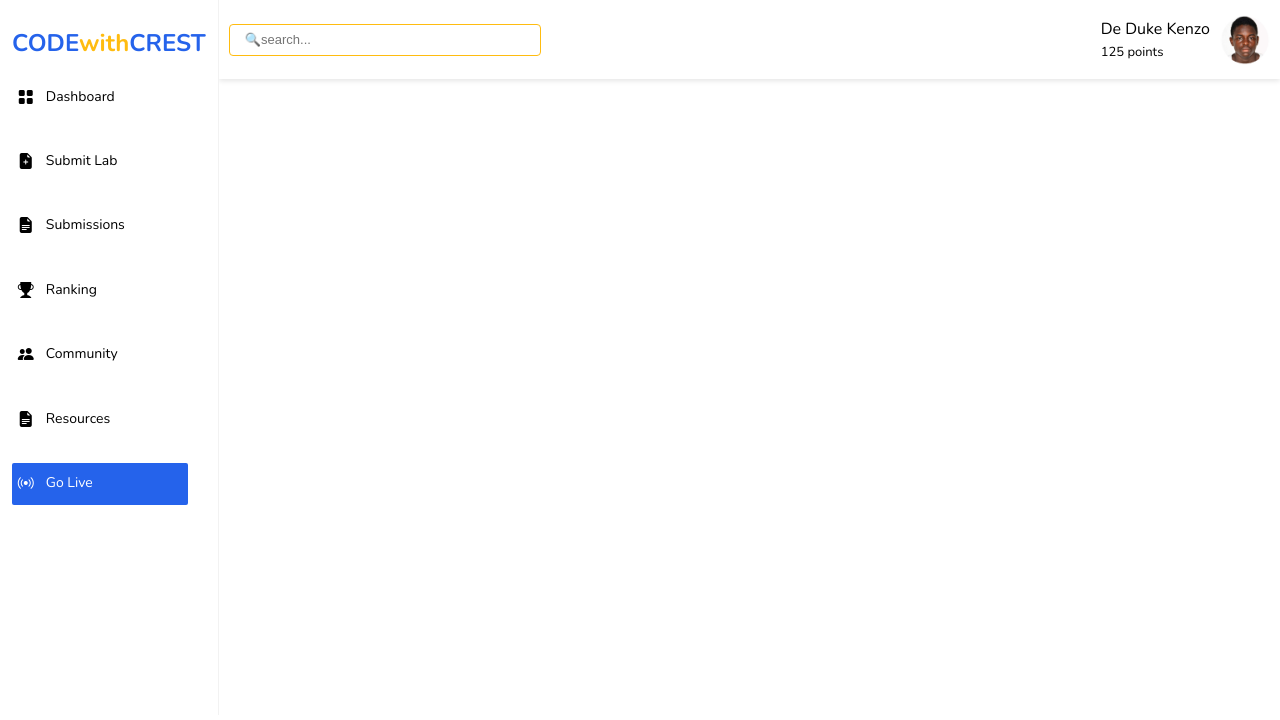
Repository: CarlTeclancing/codewithcrest
Page: /dashboard/golive
An editor plug-in stored every save of this project. The page is shown before and after the next save, followed by the edit.
The browser window is 1280 px wide. The pictures show the whole page.
The project was rebuilt for these pictures with package versions that can differ from the ones it lists, and the page was loaded fresh each time. Also part of the build but not shown: vite.config.js, src/pages/Dashboard/dashboard.css, globals.js, src/pages/Dashboard/Dashboard.jsx, src/pages/ranking/ranking.css, src/components/UserCard.jsx, src/pages/ranking/Ranking.jsx, src/components/GuideLines.jsx and 18 more.

Above is the page before, as saved 2025-09-10 14:02:42.

### index.html
<!doctype html>
<html lang="en">
  <head>
    <meta charset="UTF-8" />
    <link rel="icon" type="image/svg+xml" href="./src/assets/react.svg" />
    <meta name="viewport" content="width=device-width, initial-scale=1.0" />
    <title>CODEwithCREST</title>
    <link rel="stylesheet" href="https://cdn.jsdelivr.net/npm/bootstrap-icons@1.13.1/font/bootstrap-icons.min.css">
    <!-- fonts-->
     <link rel="preconnect" href="https://fonts.googleapis.com">
     <link rel="preconnect" href="https://fonts.gstatic.com" crossorigin>
     <link href="https://fonts.googleapis.com/css2?family=Nunito:ital,wght@0,200..1000;1,200..1000&display=swap" rel="stylesheet">
  </head>
  <body>
    <div id="root"></div>
    <script type="module" src="/src/main.jsx"></script>
  </body>
</html>

### src/main.jsx
import { StrictMode } from 'react'
import { createRoot } from 'react-dom/client'
import './index.css'
import App from './App.jsx'
import 'react-responsive-modal/styles.css';


createRoot(document.getElementById('root')).render(
  <StrictMode>
    <App/>
  </StrictMode>,
)

### src/index.css
:root {
  /* CSS variables */
   --primary-color: #5B0C4E;
   --primary-color-hover: #5b0c4edc;
   --bg-color: #FFFAFE;
   --bg-white: #ffffff;
   --text-color: #262626;
   --border-color: #93B4FD;
   --bg-tab: #DECADB;

   --pending: #EA5254;
   --completed: #3CDA7D;
   --in-progress: #F9BD3B;

   --primary-white-color: white;
   --primary-black-color: black;
   --primary-error-color: red;
 }

body{
  /* border: solid 1px blue; */
  margin: 0%;
  width: 100%;
  height: auto;
  /* display: flex; */
  /* justify-content: center; */
  font-family: "Nunito", sans-serif;
  font-optical-sizing: auto;
  font-weight: 400;
  font-style: normal;
  overflow-x: hidden;
}
/* .post{
  width: 80%;
  display: flex;
  flex-direction: row;
  flex-wrap: wrap;
  align-items: center;
  justify-content: center;
}
.individual-post{
  width: 500px;
  height: auto;
  background-color: rgba(0, 0, 0, 0.05);
  margin: 12px;
  padding: 24px;
  border-radius: 12px;
  border: 1px solid rgba(0, 0, 0, 0.05);
  color: black;
} */

### src/App.jsx
import React  from 'react'
import { createBrowserRouter, RouterProvider ,Route ,Routes } from 'react-router-dom'

import Dashboard from './pages/Dashboard/Dashboard.jsx'
import Ranking from './pages/ranking/Ranking.jsx'
import Submission from './pages/submission/Submission.jsx'

import SubmitLab from './pages/submitLab/SubmitLab.jsx'
import Community from './pages/community/Community.jsx'
import Resources from './pages/resources/Resources.jsx'
import Assistant from './pages/assistant/Assistant.jsx'
import Login from './pages/auths/login/Login.jsx'
import Register from './pages/auths/register/_Register.jsx'
import PersonalInfo from './pages/auths/register/PersonalInfoForm.jsx'
import Experience from './pages/auths/register/ExperienceForm.jsx'
import Program from './pages/auths/register/ProgramForm.jsx'
import { UserProvider } from './providers/userProvider.jsx'
import DashboardLayout from './Layout/DashboardLayout.jsx'
import Subscribe from './pages/subscribe/Subscribe.jsx'
import GoLive from './pages/golive/GoLive.jsx'

function App() {

  const router = createBrowserRouter([
    {path:'/', element:<Login />},
    // No landing page
    // Auth pages
    {path:'/login',  index:true,element:<Login />},
    {path:'/register', element:<Register />},
    {path:'/personal-information', element:<PersonalInfo />},
    {path:'/program', element:<Program />},
    {path:'/experience', element:<Experience/>},

    // Subscribtion page
    {
      path:'/subscribe',
      element:<Subscribe/>
    },

    // Dashboard pages
    {
      path:'/dashboard',
      element:<DashboardLayout/>,
      children:[
        {
          index:true,
          element:<Dashboard/>
        },
        {path:'submissions', element:<Submission />},
        {path:'submitlab', element:<SubmitLab />},
        {path:'community', element:<Community />},
        {path:'ranking', element:<Ranking />},
        {path:'resources', element:<Resources />},
        {path:'golive', element:<GoLive />},

      ]
    },

    // {path:'/ranking', element:<Ranking />},
    // {path:'/bugtracking', element:<BugTracking />},
    // {path:'/hello', element:<Hello />},
    // {path:'/assistant', element:<Assistant />}

  ]);

  return (
    <>
      <UserProvider>
        <RouterProvider router={router} />
      </UserProvider>
    </>
  )
}

export default App

const Temp = () => {
  return(
    <>
      testing temp comp
    </>
  )
}

### src/providers/userProvider.jsx
import React ,{createContext ,useState} from "react";


const UserContext = createContext()

export const UserProvider = ({children}) => {
    const [user ,setUser] = useState()

    return (<UserContext.Provider value={{user:user ,setUser:setUser}}  >{children}</UserContext.Provider>)
}

export default UserContext

### src/Layout/DashboardLayout.jsx
import React from "react";
import Sidebar from "../components/Sidebar";
import { Outlet } from "react-router-dom";
import Header from "../components/Header";
import '../styles/layout.css'


const DashboardLayout = () => {
    return(
        <React.Fragment>
            <div style={{border:'solid 0px blue',display:'flex' }}>
                <Sidebar/>

                <div style={{border:'solid 0px red' ,flex:1 ,display:'flex', flexDirection:'column'}}>
                    <div>
                        <Header/>
                    </div>
                    <div>
                        <Outlet/>
                    </div>
                </div>
            </div>

        </React.Fragment>
    )
}

export default DashboardLayout

### src/pages/golive/GoLive.jsx
import React from 'react'

function GoLive() {
  return (
    <div></div>
  )
}

export default GoLive

### src/pages/submitLab/submitlab.css
.labs-container{
    display: flex;
    flex-direction: column;
    padding: 0px 10px;
    gap: 15px;
}
.lab-info{
    display: flex;
    padding: 20px;
    border-radius: 10px;
    flex-direction: column;
    border: 1px solid rgba(168, 122, 5 ,0.5);
}
.headline{
    display: flex;
    align-items: center;
    justify-content: space-between;
    line-height: 0%;
}
.headline h3{
    /* font-size: x-large; */
    font-weight:800;
}
.bottom-line{
    display: flex;
    align-items: center;
    justify-content: space-between;
    font-size: small;
}
.points{
    font-size: small;
}
.hashtags{
    /* width: auto; */
    border: solid 1px rgba(0,0,255 ,0.3);
    padding: 10px;
    font-size: x-small;
    color: #006EFF;
    border-radius: 6px;
    background-color: #E3F2FD;
}
.inactive-btn{
    color: #2563EB;
    background-color: white;
    border: solid 1px #2563EB;
}
.deadline{
    color: #006EFF;
    margin-right: 25px;
}
.task{
    color: grey;
}
.form-group{
  display: flex;
  align-items:center;
  margin-bottom: 15px;
}
.form-group > div {
  flex: 1; /* Makes both fields take equal space */
  margin-right: 10px;
}
.form-group > div:last-child {
  margin-right: 0; /* Remove margin from the last child */
}
button{
    color: black;
    padding: 5px 8px;
    margin-right: 20px;
}
button:hover, .button.active{
  cursor: pointer;
  border-radius: 2px;
  color: white;
  border: 1px solid #2563EB;
  background-color: #2563EB;
}
.upload{
    padding: 20px;
    width: 60%;
    height: 160px;
    place-self: center;
    display: flex;
    margin: 25px 0;
    border-radius: 5px;
    flex-direction: column;
    text-align: center;
    align-items: center;
    justify-content: center;
    border: 1px dashed black;
}
.upload input{
    padding: 5px 8px;
    place-self: center;
}
.upload span{
 color: #959595;
 font-size: 10px;
}

th{
    color: #959595;
    font-weight: lighter;
    background-color: #E3F2FD;
}
td{
    padding: 8px 15px;
    font-size: 12px;
    font-weight: lighter;
}
.url{
    color: #006EFF;
}
.nav{
    width: 95%;
    display: flex;
    align-items: center;
    justify-content: space-between;
}
label, input::placeholder{
    font-size: 13px;
}
.btnl{
    color: #006EFF;
    background-color: white;
    border: 1px solid #006EFF;
}
.bar a{
    color: black;
    font-weight: 12px;
    margin-left: 25px;
    font-weight: lighter;
    text-decoration: none;
}

### src/pages/community/community.css
.community-page{
    display: flex;
    gap: 20px;
    /* padding-right: 20px; */
}
.form-post span{
    margin-right: 10px;
}
.left-side{
    /* width: 60%; */
    flex: 1;
    display: flex;
    /* margin-right: 20px; */
    flex-direction: column;
}
.right-side{
    width: 250px;
    display: flex;
    flex-direction: column;
    font-size: small;
    gap: 15px;
}
.firstline{
    display: flex;
    align-items: center;
}
.contributor-info{
    display: flex;
    flex-direction: column;
    /* border: solid 1px red; */
    padding: 0;
    margin: 0;
    line-height: normal;
}
.contributors img{
  width: 40px;
  height: 40px;
  background-color: rgba(0,0,0,0.2);
  border-radius: 50%;
  margin-right: 20px;
}
input{
    height: 23px;
}
textarea{
    height: 70px;
}
input, textarea{
    width:90%;
    outline: none;
    padding: 5px 10px;
    border-radius: 3px;
    border: 1px solid #959595;
}
.bottom{
    display: flex;
    align-items: center;
    justify-content: space-between;
}
.add a{
    color: #959595;
    margin-right: 15px;
    text-decoration: none;
}
.bottom button{
    color: white;
    padding: 8px 12px;
    border-radius: 6px;
    border: 1px solid #9b83fc;
    background-color: #9b83fc;
}
.trends{
    display: flex;
    justify-content: space-between;
}
.hashtag{
    color: #9b83fc;
}
.top-contributors{
    display: flex;
    flex-direction: column;
    gap: 7px;
}
.contributors, .top-contributors{
    margin: 0% !important;
}
.contributors{
    display: flex;
    align-items: center;
}
.contributor-point{
    color: #959595;
}
.suggestion{
    padding: 5px 10px;
    margin-bottom: 10px;
    border-radius: 4px;
    background-color: #f3f2f2;
}
.level-name{
    color: #16A34A;
}
.suggestion p, .level-point{
    color: #959595;
}
.post-profile{
    display: flex;
    padding: 10px 0px;
    align-items: center;
    gap: 5px;
}
.form-post{
    padding: 0px 20px;
    border-radius: 3px;
    margin-bottom: 10px;
    border: 1px solid #959595;
}
.post-profile img{
    width: 45px;
    height: 45px;
    background-color: rgba(0,0,0,0.2);
    border-radius: 20px;
}
.post-profile .name{
    font-weight: bold;
}
.post-profile .time{
    font-size: small;
    color: grey;
}
.post-profile-info{
    display: flex;
    flex-direction: column;
}

### src/components/Sidebar.jsx
import React from 'react'
import { Link  ,useLocation } from 'react-router-dom'
import '../styles/sideBarStyles.css'


function Sidebar() {

   const location = useLocation()

   return (
    <div className='sidebar-admin'>
         <h2 className="logo p-10"><span>CODE</span>with<span>CREST</span></h2>
         <div className="navbar p-10">
               <Link className={`section ${location.pathname === "/dashboard" ? "active" : ""}`} to="/dashboard" >
                  <i className="bi bi-grid-fill"></i>
                  <span className='nav-element'>Dashboard</span>

               </Link>
               <Link className={`section ${location.pathname === "/dashboard/submitlab" ? "active" : ""}`} to="/dashboard/submitlab">
                  <i class="bi bi-file-earmark-plus-fill"></i>
                  <span className='nav-element'>Submit Lab</span>
               </Link>
               <Link className={`section ${location.pathname === "/dashboard/submissions" ? "active" : ""}`} to="/dashboard/submissions">
                  <i class="bi bi-file-earmark-text-fill"></i>
                  <span className='nav-element'>Submissions</span>
               </Link>
               <Link className={`section ${location.pathname === "/dashboard/ranking" ? "active" : ""}`} to="/dashboard/ranking">
                  <i class="bi bi-trophy-fill"></i>
                  <span className='nav-element'>Ranking</span>
               </Link>
               <Link className={`section ${location.pathname === "/dashboard/community" ? "active" : ""}`} to="/dashboard/community">
                  <i class="bi bi-people-fill"></i>
                  <span className='nav-element'>Community</span>
               </Link>
               <Link className={`section ${location.pathname === "/dashboard/resources" ? "active" : ""}`} to="/dashboard/resources">
                  <i class="bi bi-file-earmark-text-fill"></i>
                  <span className='nav-element'>Resources</span>
               </Link>
               <Link className={`section ${location.pathname === "/dashboard/golive" ? "active" : ""}`} to="/dashboard/golive">
                  <i class="bi bi-broadcast"></i>
                  <span className='nav-element'>Go Live</span>
               </Link>
         </div>

      </div>
  )
}

export default Sidebar

### src/components/Header.jsx
import React ,{useState ,useEffect} from 'react'
// import  './layout.css'
import Img1 from '../assets/img1.jpg'


function Header() {

  const [showMenu ,setShowMenu] = useState(false)

  useEffect(()=>{
    if(window.innerWidth <= 500){
      setShowMenu(true)
    }
  },[window.innerWidth])
  console.log(showMenu);


  return (
    <div className='head'>
      {/* {showMenu && <div>
          <span className='bi bi-menu'>🍺</span>
      </div>} */}

      {/* <h2 className="logo"><span>CODE</span>with<span>CREST</span></h2> */}
        <div>
          <span style={{display:'flex', alignItems:'center'}}>
            <input type="text"  className='search' placeholder='🔍search...  '/>
          </span>
        </div>

        <div className="profile" style={{cursor:'pointer'}}>
            <p className='name'>De Duke Kenzo<br/><span className='points'>125 points</span></p>
            <img src={Img1} alt="" />
        </div>
    </div>
  )
}

export default Header

### src/styles/layout.css
.guidelines{
  /* border: solid 1px cyan; */
  padding: 5px;
}
.guide{
  width: 250px;
  border-radius: 10px;
  font-size: small;
  border: 1px solid #93B4FD;
  background-color: #F0F9FF;
  padding:10px;
  display: flex;
  flex-direction: column;
  color: grey;
}
.guide h3{
  color: black;
  /* line-height: normal; */
}
.guide ul{
  list-style: none;
}
.guide-container{
  /* width: 100%; */
  display: flex;
  flex-wrap: wrap;
  gap: 15px;
  /* justify-content: space-between; */
}
.guide-container div:first-child{
  border-left: 4px solid var(--primary-color);
}
.guide-container div:nth-child(2){
  border-left: 4px solid var(--primary-error-color);
  /* margin-left: 12px; */
}
.guide-container div:nth-child(3){
  border-left: 4px solid var(--completed);
  /* margin-left: 12px; */
}

.nav-element{
  margin-left: 12px;
  font-size: 14px;
  width: 100%;
}

.head{
  padding: 10px;
  height:59px;
  /* width: 98%; */
  display: flex;
  align-items: center;
  justify-content: space-between !important;
  background-color: #ffffff;
  box-shadow: 0 2px 5px rgba(0, 0, 0, 0.1);
}

.icon{
  margin-right: 10px;
}
.search{
  width: 280px;
  height: 30px;
  outline: none;
  border-radius: 4px;
  border: 1px solid #FFBC10;
  padding: 0 15px;
}
.profile{
  display: flex;
  align-items: center;
}
.profile img{
  width: 50px;
  border-radius: 50%;
  margin-left: 10px;
}

.dashboard-container{
  padding: 10px;
  padding-bottom: 50px;
  /* border: solid 1px green; */
  overflow: auto;
  display: flex;
  flex-direction: column;
  gap: 20px;
}

### src/styles/sideBarStyles.css
.sidebar-admin{
  top: 0;
  max-width: 200px;
  display: flex;
  padding: 12px;
  flex-direction: column;
  background-color: #ffffff;
  scroll-behavior: smooth;
  border-right: solid 1px rgba(0,0,0,0.05);
  /* border: solid 1px red; */
  position: sticky;
  height: 96vh;
}
.sidebar-admin a{
  text-decoration: none;
  color: black;
  margin-bottom: 20px;
  background-color: rgba(255, 255, 255, 0.527);
  border-radius: 3px;
  transition: 0.3s, color 0.3s;
  display: flex;
}
.navbar{
  display: flex;
  flex-direction: column;
  justify-content: space-between;
}
.logo{
 margin:0px;
 font-weight: bolder;
 color: #FFBC10;
 line-height: normal;
 padding: 15px 0px;
}
.logo span{
  color: #2563EB;
}
.section{
  margin: 3px 0;
  width: 85%;
  padding: 5% 3%;
  border-radius: 2px;
}
.section:hover, .section.active{
  cursor: pointer;
  border-radius: 2px;
  color: white;
  background-color: #2563EB;
}

@media screen and (max-width:500px) {
.sidebar-admin{
  border: solid 1px red;
  padding: 0px;
  max-width: 0px;
  overflow: hidden;
}

}

After the next save:
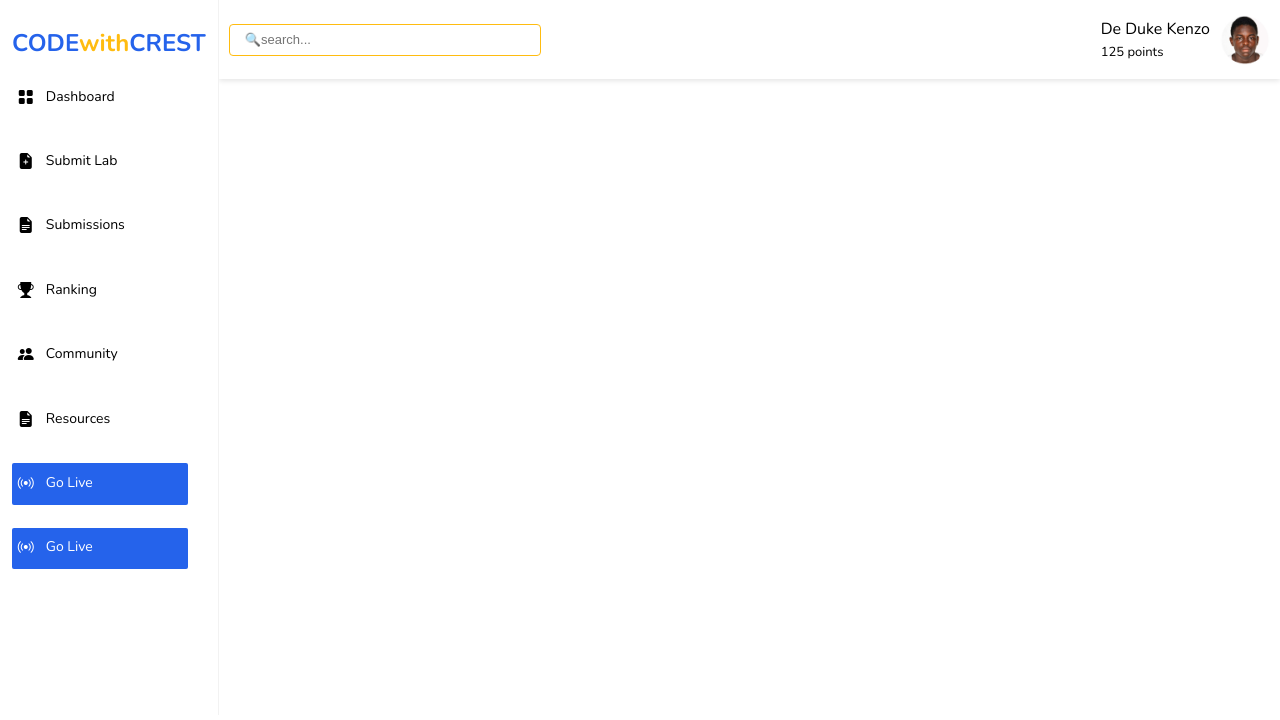
Saved 12 s later.
--- a/src/components/Sidebar.jsx
+++ b/src/components/Sidebar.jsx
@@ -40,6 +40,10 @@ function Sidebar() {
                   <i class="bi bi-broadcast"></i>
                   <span className='nav-element'>Go Live</span>
                </Link>
+               <Link className={`section ${location.pathname === "/dashboard/golive" ? "active" : ""}`} to="/dashboard/golive">
+                  <i class="bi bi-broadcast"></i>
+                  <span className='nav-element'>Go Live</span>
+               </Link>
          </div>
 
       </div>
